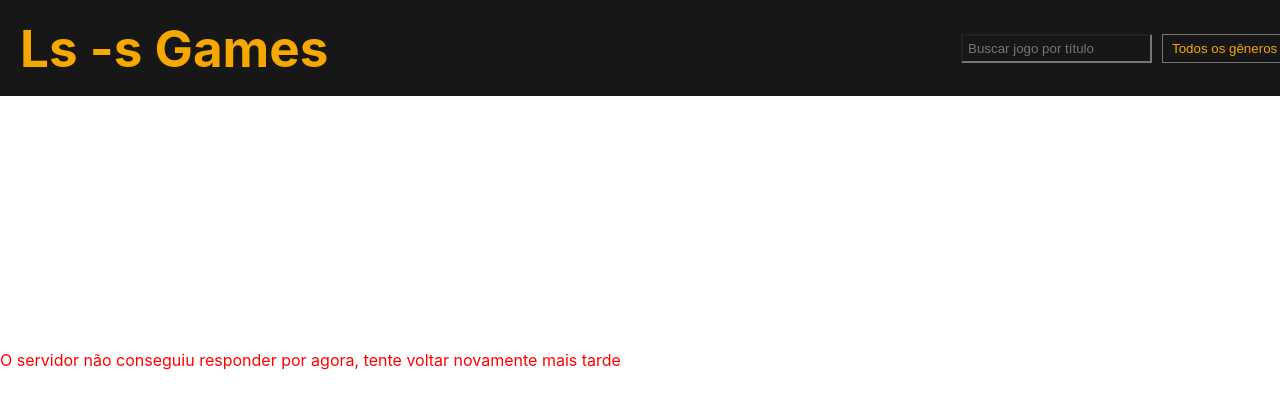
Repository: nlemuel/games-front-test
Page: /
These files come from the project's save history. The page is drawn as it stood at one moment and after the next save; the edit follows.
The browser window is 1280 px wide. The pictures show the whole page.
The page's requests for data from a server got no answer. The project was rebuilt for these pictures with package versions that can differ from the ones it lists, and the page was loaded fresh each time. No one was signed in, and anything a server would have sent is missing. Also part of the build but not shown: vite.config.ts.

Above is the page before, as saved 2023-06-25 17:26:46.

After the next save:
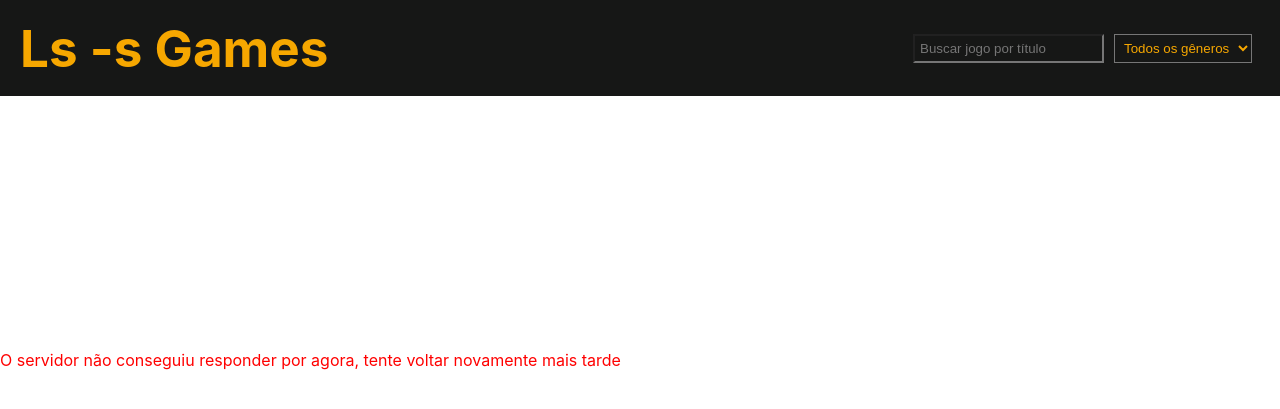
Saved 89 s later.
--- a/src/components/Header/index.tsx
+++ b/src/components/Header/index.tsx
@@ -30,6 +30,7 @@ const GenreFilter = styled.select`
   padding: 5px;
   background-color: #161716;
   color: #f6a700;
+  margin-right: 3rem;
 `;
 
 interface HeaderProps {
